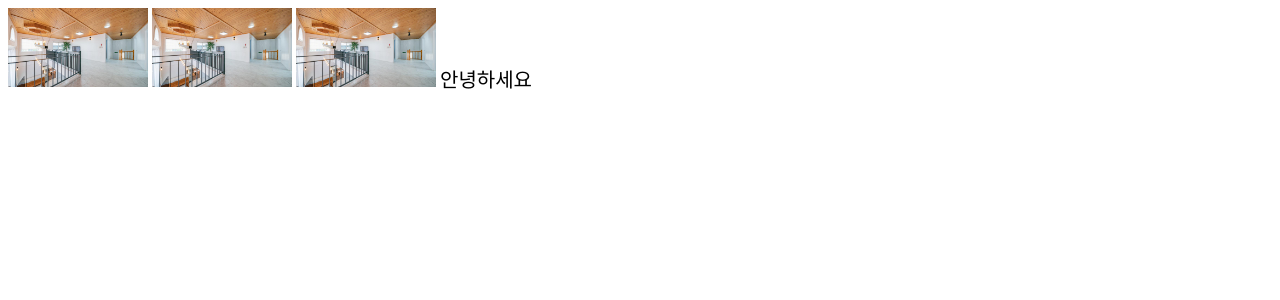
Repository: balsohn/adminshop
Page: http://localhost/jquery/0805/showHide.jsp
The author's editor kept a copy of each file at every save. The page is drawn from the files as they stood at one save, then again after the next save.
The browser window is 1280 px wide. The pictures show the whole page.
The page is served by Tomcat 9.

Above is the page before, as saved 2024-08-20 08:10:31.

### work/jquery/src/main/webapp/0805/showHide.jsp
<%@ page language="java" contentType="text/html; charset=UTF-8"
    pageEncoding="UTF-8"%>
<!DOCTYPE html>
<html>
<head>
<meta charset="UTF-8">
<title>Insert title here</title>
<script src="https://code.jquery.com/jquery-latest.js"></script>
<script>
	$(function() {
		$('img').click(function(){
			$('img').hide();
		})

		$('span').click(function() {
			$('img').show();
		})
	})
</script>
</head>
<body>
	<img src="1-1.jpg" width="140">
	<img src="1-1.jpg" width="140">
	<img src="1-1.jpg" width="140">
	<span style="font-size: 20px;">안녕하세요</span>
</body>
</html>

After the next save:
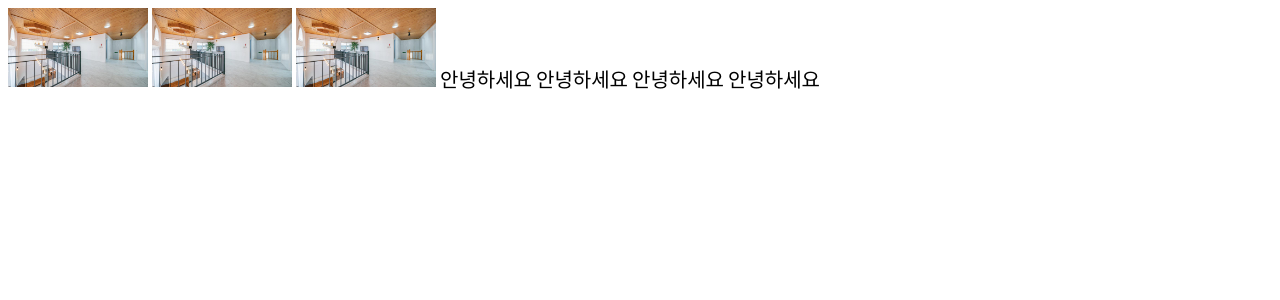
Saved 38 s later.
--- a/work/jquery/src/main/webapp/0805/showHide.jsp
+++ b/work/jquery/src/main/webapp/0805/showHide.jsp
@@ -23,5 +23,8 @@
 	<img src="1-1.jpg" width="140">
 	<img src="1-1.jpg" width="140">
 	<span style="font-size: 20px;">안녕하세요</span>
+	<span style="font-size: 20px;">안녕하세요</span>
+	<span style="font-size: 20px;">안녕하세요</span>
+	<span style="font-size: 20px;">안녕하세요</span>
 </body>
 </html>
